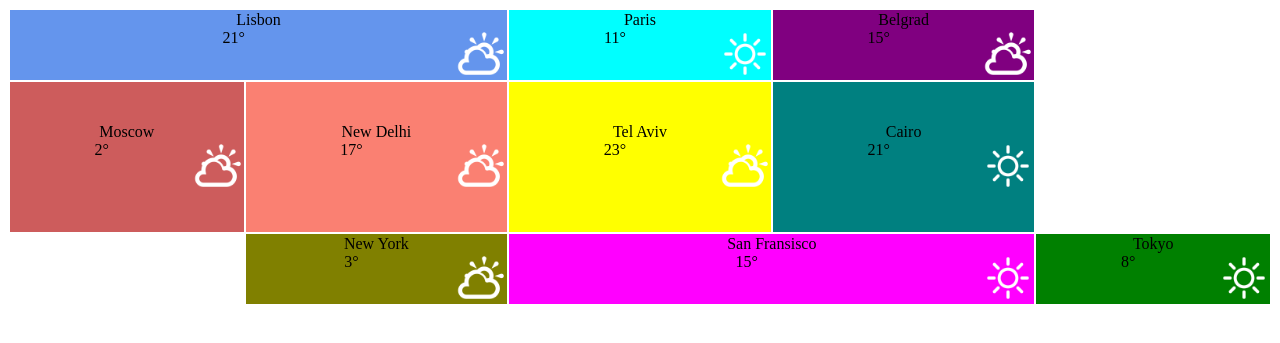
Repository: aysedo/html
Page: Week_2/index.html
The author's editor kept a copy of each file at every save. The page is drawn from the files as they stood at one save, then again after the next save.
The browser window is 1280 px wide. The pictures show the whole page.

Above is the page before, as saved 2021-08-24 16:25:24.

After the next save:
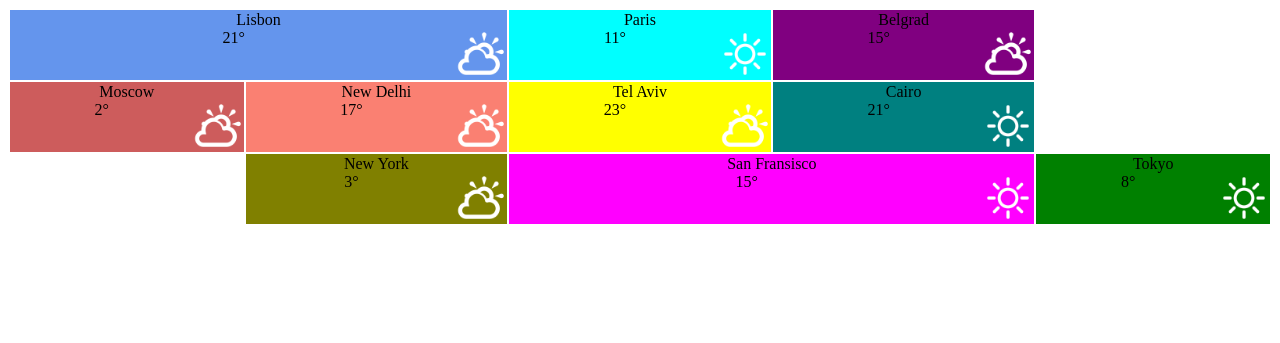
Saved 31 s later.
--- a/Week_2/index.html
+++ b/Week_2/index.html
@@ -28,7 +28,7 @@
           <img src="img.png" width="50" align="right" />
         </td>
       </tr>
-      <tr height="150">
+      <th="100%">
         <td bgcolor="Indianred" align="center">
           Moscow
           <br />
